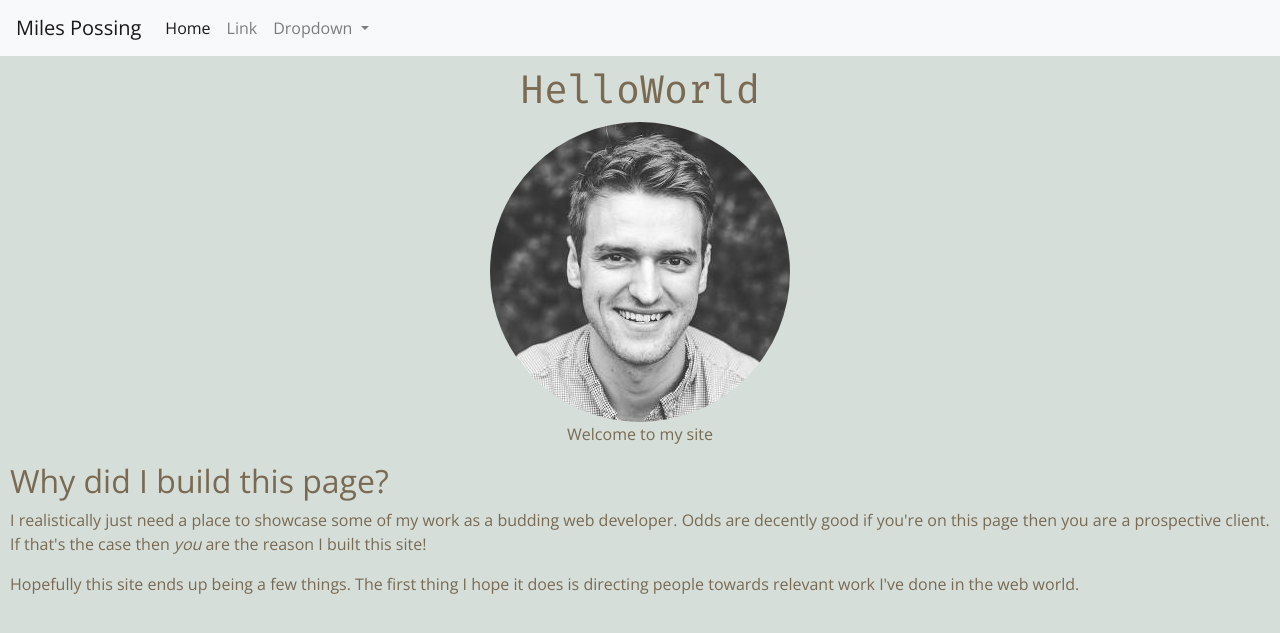
Repository: milespossing/Personal-Page
Page: index.html
The author's editor kept a copy of each file at every save. The page is drawn from the files as they stood at one save, then again after the next save.
The browser window is 1280 px wide. The pictures show the whole page.

Above is the page before, as saved 2019-09-25 07:14:08.

After the next save:
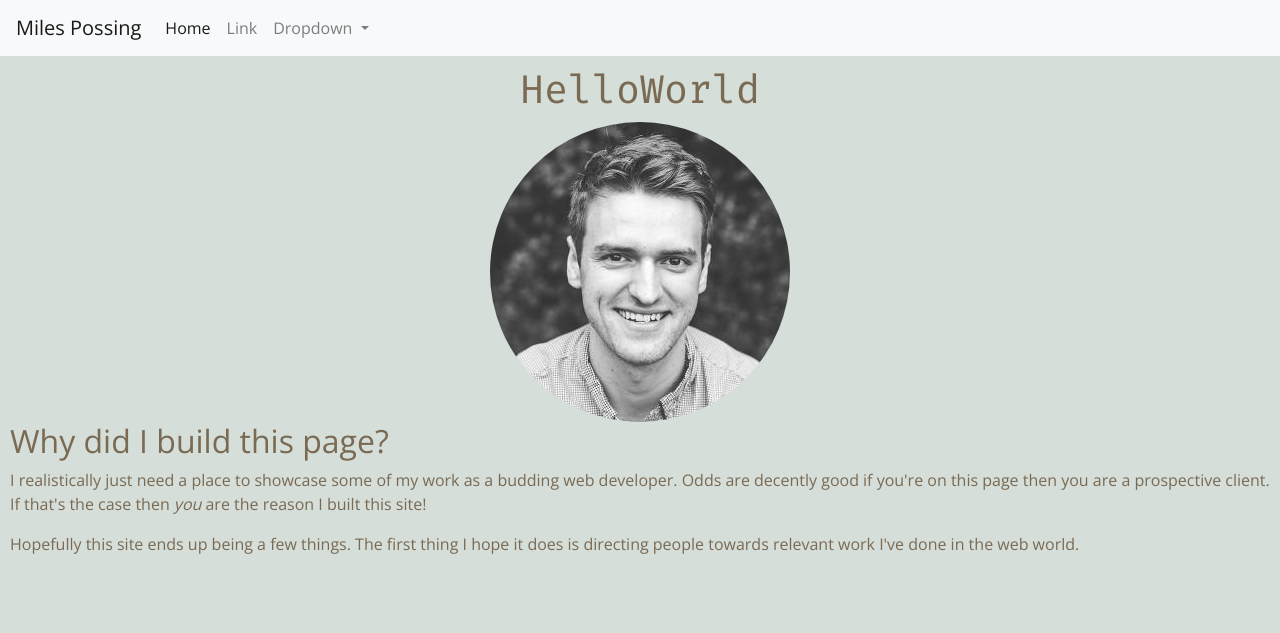
Saved 32 s later.
--- a/index.html
+++ b/index.html
@@ -39,7 +39,6 @@
                 <img src="Images/simple-headshot.jpeg" class="Display-Picture"/>
             </div>
         </div>
-        <p>Welcome to my site</p>
         <div>
             <h2>Why did I build this page?</h2>
             <p>I realistically just need a place to showcase some of my work as a budding web developer. Odds are decently good if you're on this page then you are a prospective client. If that's the case then <em>you</em> are the reason I built this site!</p>
